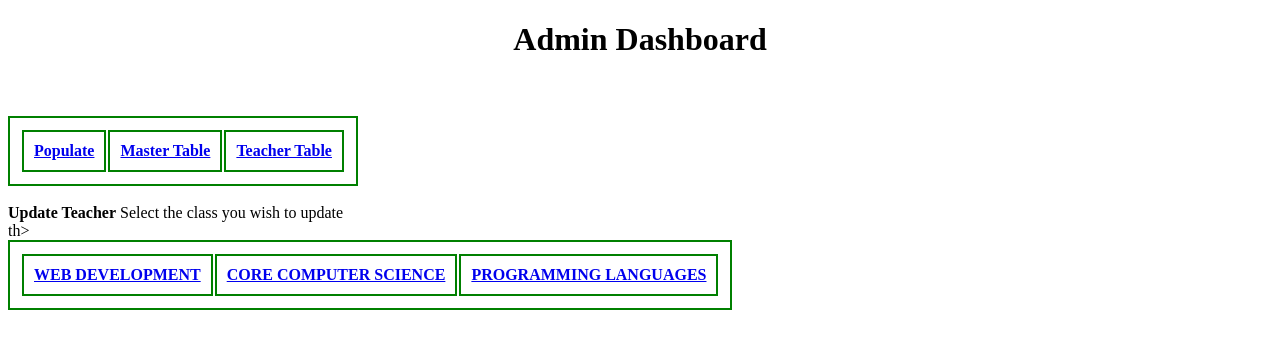
Repository: PrassanAchhaiyya/LearnersAcademy
Page: LearnersAcademy/src/main/webapp/index.html
These files come from the project's save history. The page is drawn as it stood at one moment and after the next save; the edit follows.
The browser window is 1280 px wide. The pictures show the whole page.

Above is the page before, as saved 2022-04-27 20:11:59.

### LearnersAcademy/src/main/webapp/index.html
<!DOCTYPE html>
<html>
<head>
<meta charset="ISO-8859-1">
<title>Admin Page</title>
<style> table,td,th{border:2px solid green;padding:10px;}</style>
</head>
<body>
<h1 align="center">Admin Dashboard</h1>
<br>
<br>
<table>
<tr>
<th><a href="populate" >Populate</a></th>
<th><a href="read-master-table">Master Table</a></th>
<th><a href="read-teacher-table">Teacher Table</a></th>
</tr>
</table>
<br>
<b>Update Teacher</b>
Select the class you wish to update
<br>
<table>
<tr>
<th><a href="Web.html">WEB DEVELOPMENT</a></th>
<th><a href="Core.html">CORE COMPUTER SCIENCE</a></th>
<th><a href="prog.html">PROGRAMMING LANGUAGES</a></th>th>
</tr>
</table>


</body>
</html>

After the next save:
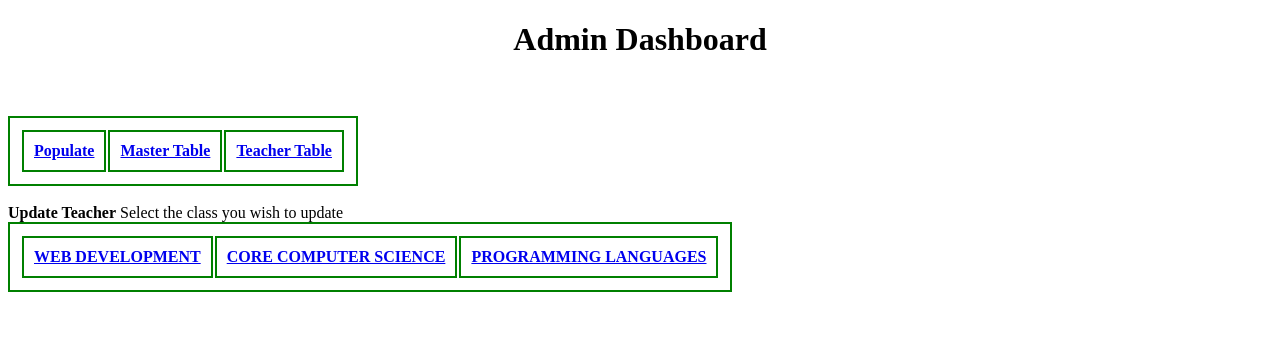
Saved 49 s later.
--- a/LearnersAcademy/src/main/webapp/index.html
+++ b/LearnersAcademy/src/main/webapp/index.html
@@ -24,7 +24,7 @@ Select the class you wish to update
 <tr>
 <th><a href="Web.html">WEB DEVELOPMENT</a></th>
 <th><a href="Core.html">CORE COMPUTER SCIENCE</a></th>
-<th><a href="prog.html">PROGRAMMING LANGUAGES</a></th>th>
+<th><a href="prog.html">PROGRAMMING LANGUAGES</a></th>
 </tr>
 </table>
 
